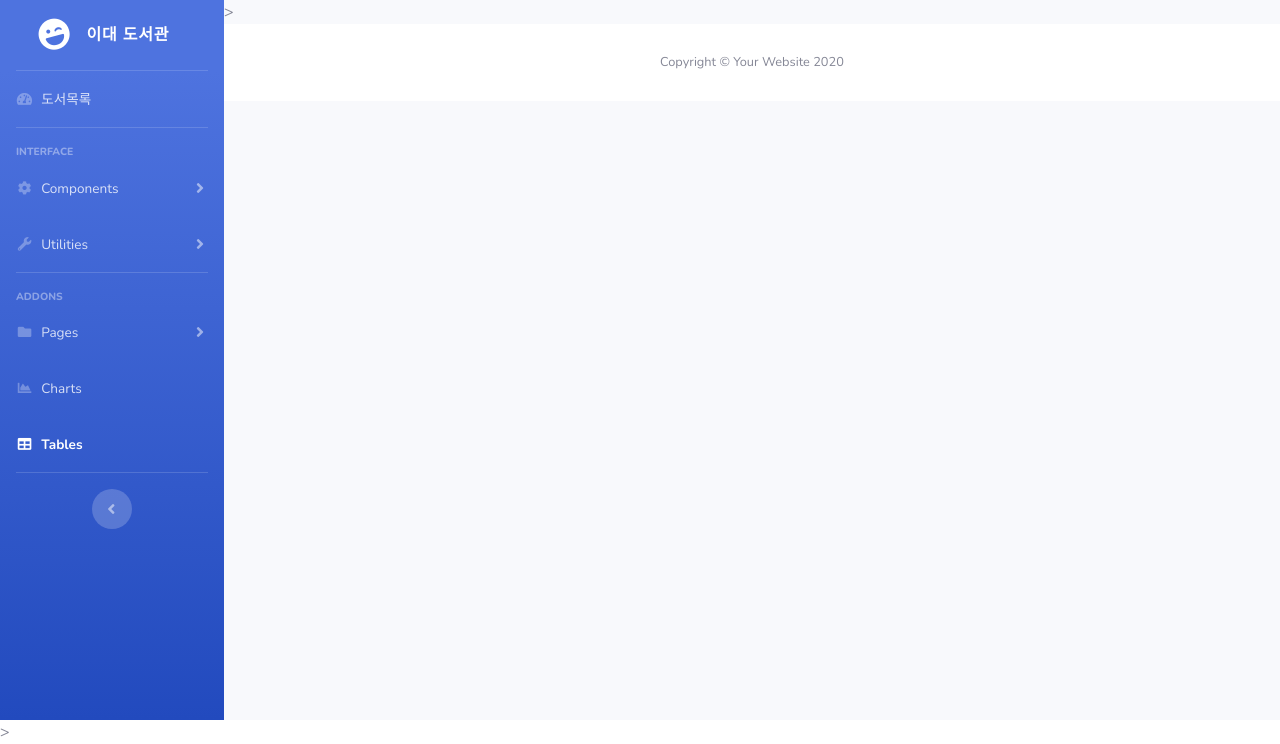
Repository: allely/spring
Page: http://localhost/jsp/book/reg.jsp
These files come from the project's save history. The page is drawn as it stood at one moment and after the next save; the edit follows.
The browser window is 1280 px wide. The pictures show the whole page.
The page is served by Tomcat 9.

Above is the page before, as saved 2023-11-27 00:52:17.

After the next save:
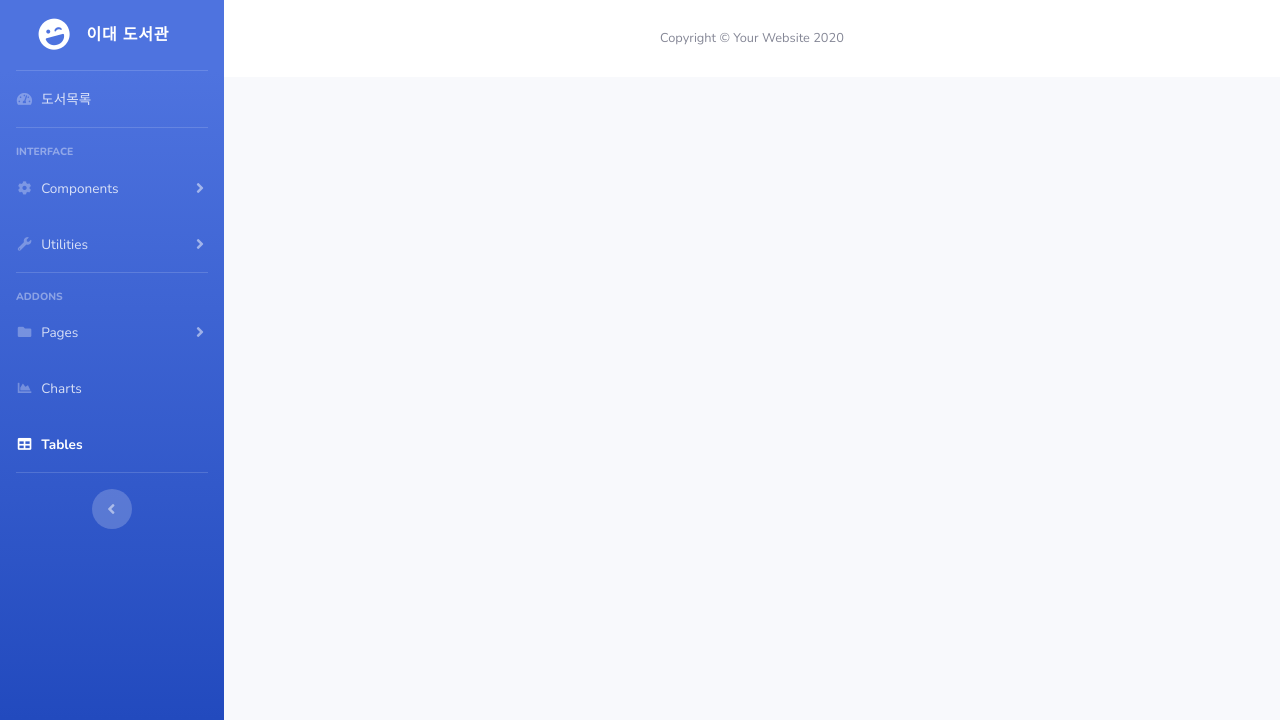
Saved 4 s later.
--- a/2. 서블릿 & JSP/jsp/jsp/src/main/webapp/book/reg.jsp
+++ b/2. 서블릿 & JSP/jsp/jsp/src/main/webapp/book/reg.jsp
@@ -7,8 +7,8 @@
 <title>Insert title here</title>
 </head>
 <body>
-	<%@include file="../header.jsp" %>>
+	<%@include file="../header.jsp" %>
 
-	<%@include file="../footer.jsp" %>>
+	<%@include file="../footer.jsp" %>
 </body>
 </html>
